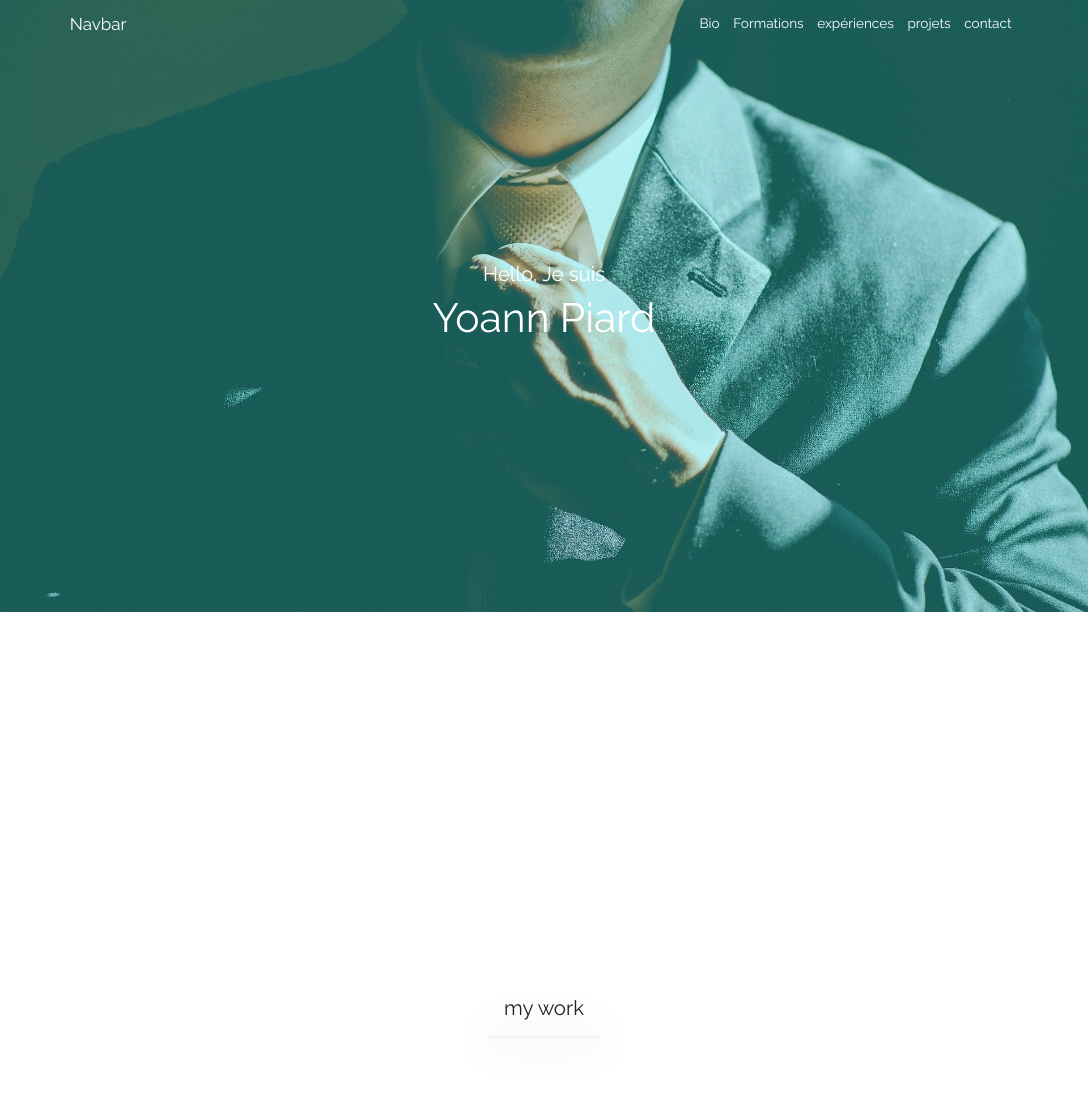
Repository: ypiard85/port-folio-bootstrap-yoann-2021
Page: index.html
An editor plug-in stored every save of this project. The page is shown before and after the next save, followed by the edit.
The browser window is 1280 px wide. The pictures show the whole page, at 85% of full size.

Above is the page before, as saved 2021-03-09 15:13:55.
Console error: TypeError: window.onload is not a function

### index.html
<!DOCTYPE html>
<html lang="en">
  <head>
    <meta charset="UTF-8" />
    <meta http-equiv="X-UA-Compatible" content="IE=edge" />
    <meta name="viewport" content="width=device-width, initial-scale=1.0" />
    <link rel="stylesheet" href="https://use.fontawesome.com/releases/v5.15.2/css/all.css" integrity="sha384-vSIIfh2YWi9wW0r9iZe7RJPrKwp6bG+s9QZMoITbCckVJqGCCRhc+ccxNcdpHuYu" crossorigin="anonymous">    <!-- CSS only -->
    <link rel="stylesheet" href="./resource/style.css" />
    <link
      href="https://cdn.jsdelivr.net/npm/bootstrap@5.0.0-beta2/dist/css/bootstrap.min.css"
      rel="stylesheet"
      integrity="sha384-BmbxuPwQa2lc/FVzBcNJ7UAyJxM6wuqIj61tLrc4wSX0szH/Ev+nYRRuWlolflfl"
      crossorigin="anonymous"
    />
    <title>Document</title>
  </head>
  <body>
    <nav class="navbar position-fixed w-100 navbar-expand-lg navbar-light">
      <div class="container">
        <a class="navbar-brand" href="#">Navbar</a>
        <button
          class="navbar-toggler"
          type="button"
          data-bs-toggle="collapse"
          data-bs-target="#navbarNav"
          aria-controls="navbarNav"
          aria-expanded="false"
          aria-label="Toggle navigation"
        >
          <span class="navbar-toggler-icon"></span>
        </button>
        <div class="collapse navbar-collapse" id="navbarNav">
          <ul class="navbar-nav">
            <li class="nav-item">
              <a class="nav-link active" aria-current="page" href="#bio">Bio</a>
            </li>
            <li class="nav-item">
              <a class="nav-link" href="#formation">Formations</a>
            </li>
            <li class="nav-item">
              <a class="nav-link" href="#experience">expériences</a>
            </li>
            <li class="nav-item">
              <a class="nav-link" href="#projet">projets</a>
            </li>
            <li class="nav-item">
              <a class="nav-link" href="#contact">contact</a>
            </li>
          </ul>
        </div>
      </div>
    </nav>

    <header
      class="container-fluid flex-column
          d-flex align-items-center justify-content-center"
    >
      <h4>Hello, Je suis</h4>
      <h1>Yoann Piard</h1>
    </header>

    <section class="about_me in container">
      <div class="about_card rounded shadow-lg">
        <div class="container">
          <div class="row">
            <div class="col-md-6  col-sm-12 p-3 p-sm-4 align-self-center">
              <h2 class="mb-4" >A propos de moi</h2>
              <p>
                Passionné par l'informatique depuis mon plus jeune âge, je me
                suis tout naturellement orienté vers dans le secteur du
                développement web et logiciel. Depuis 2019, je mets mon savoir
                auprès d'associations et entreprises, les aidant à augmenter
                leurs visibilités sur internet. Aujourd'hui, je cherche à
                intégrer une entreprise afin de travailler sur des projets
                concrets et de monter en compétence.
              </p>
              <ul class="d-flex">
                  <li><a href=""><i class="fab fa-instagram"></i></a></li>
                  <li><a href=""><i class="fab fa-linkedin-in"></i></a></li>
                  <li><a href=""><i class="fab fa-github"></i></a></li>
              </ul>
            </div>
            <div class="col-md-6 col-sm-12 p-3 p-sm-5 d-none d-md-block">
              <img class="img-fluid img-thumbnail" src="./resource/image/yoann_piard.png" alt="" />
            </div>
          </div>
        </div>
      </div>
    </section>

    <section class="my_work">
        <div class="container">
            <h4 class="ttile_section text-center mb-5">my work</h4>
        </div>
    </section>

    <!-- JavaScript Bundle with Popper -->
    <script
      src="https://cdn.jsdelivr.net/npm/bootstrap@5.0.0-beta2/dist/js/bootstrap.bundle.min.js"
      integrity="sha384-b5kHyXgcpbZJO/tY9Ul7kGkf1S0CWuKcCD38l8YkeH8z8QjE0GmW1gYU5S9FOnJ0"
      crossorigin="anonymous"
    ></script>
    <script src="https://unpkg.com/scrollreveal"></script>
    <script src="./resource/scrollreveal.js"></script>
    <script src="./resource/app.js"></script>
    <script>window.onload(scrollEffect()) </script>
  </body>
</html>

### resource/style.css
@import url('https://fonts.googleapis.com/css2?family=Raleway&display=swap');

*{
    transition: 0.3s;
}

body{
    font-family: 'Raleway', sans-serif!important;
}


.navbar-collapse{
    flex-grow: 0!important;
}

nav a{
    color: white!important;
}

header{
    height: 100vh;
    background: gray;
    background-image: linear-gradient(90deg, rgba(0,231,249,0.2780462526807598) 100%, rgba(0,4,24,0.4405112386751575) 74%), url('./image/about-section.jpg');
    background-repeat: no-repeat;
    background-size: cover;
    background-position: top center;
    color: white;
}

header h1{
    font-weight: normal;
    font-size: 3em;
}

.about_card{
    margin: auto;
    width: 900px;
    max-width: 100%;
    background-color: white;
}

.about_card a{
    font-family: Arial!important;
}


.about_card img{
    width: 100%;
    border-radius: 50%;
}

.about_card ul{
    list-style: none;
    padding: 0;
}

.about_card i{
    font-size: 1em;
    color: black;
}

.about_card{
    line-height: 2em;
}

.about_card li{
    margin-right: 10px;
}

.in{
    transform: translateY(-100px);
}

.ttile_section{
    position: relative;
}

.ttile_section::after{
    content: '';
    position: absolute;
    width: 130px;
    height: 1px;
    background-color: rgba(128, 128, 128, 0.24);
    bottom: -20px;
    left:0;
    right: 0;
    margin: auto;
    box-shadow: 0 0 50px rgba(26, 25, 25, 0.829);
}

### resource/scrollreveal.js
function scrollEffect(){


    ScrollReveal().reveal('.about_me', {
        delay: 150,
        duration: 1000,
        reset: true,
        origin: 'bottom',
        distance: '50%'
    });

}

### resource/app.js
ScrollReveal().reveal('.about_me', {
    delay: 250,
    duration: 1000,
    reset: true,
    origin: 'bottom',
    distance: '20%'
});

After the next save:
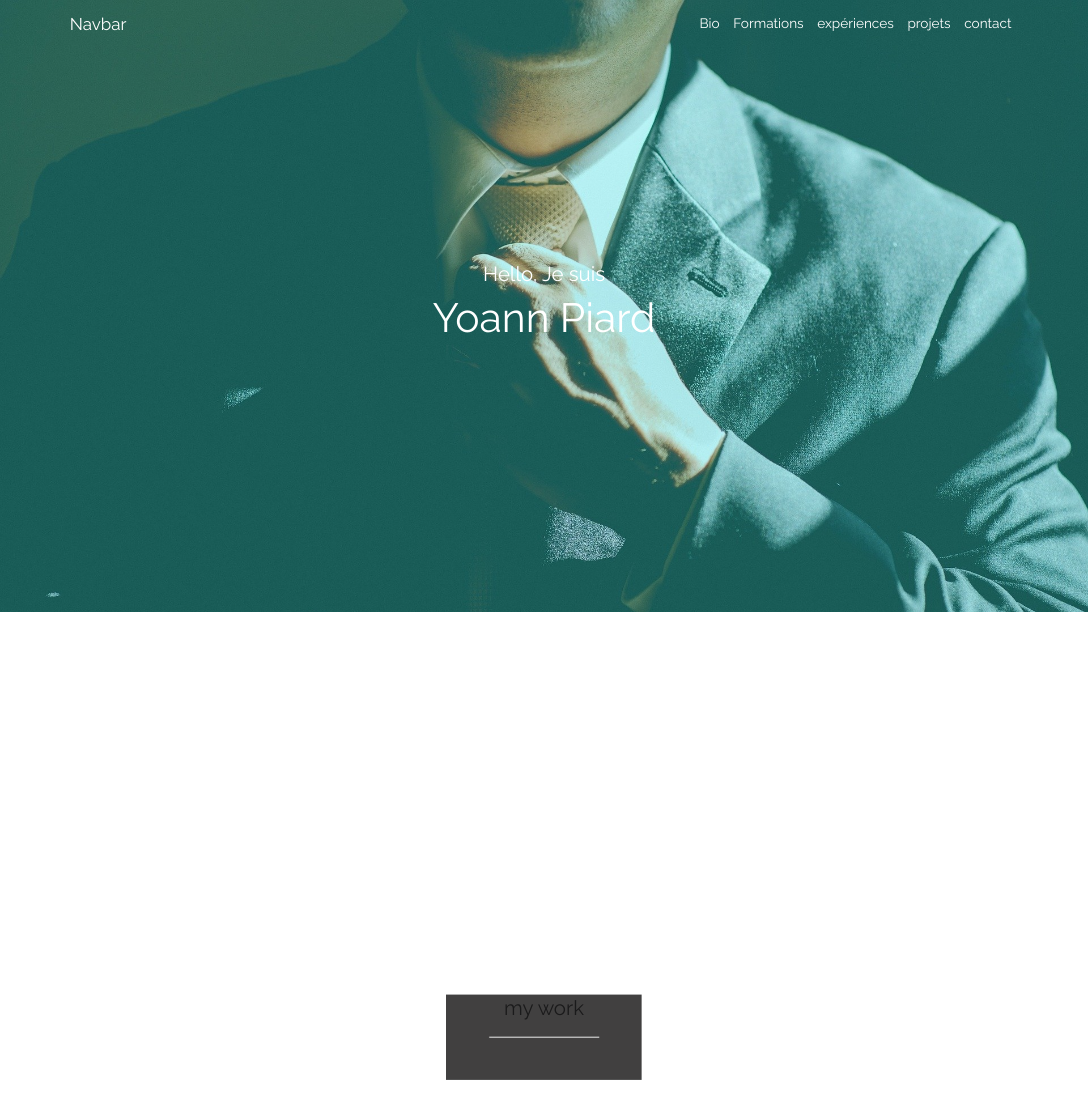
Saved 5 s later.
--- a/resource/style.css
+++ b/resource/style.css
@@ -85,5 +85,5 @@
     left:0;
     right: 0;
     margin: auto;
-    box-shadow: 0 0 50px rgba(26, 25, 25, 0.829);
+    box-shadow: 0 0 0 50px rgba(26, 25, 25, 0.829);
 }

After the save that followed:
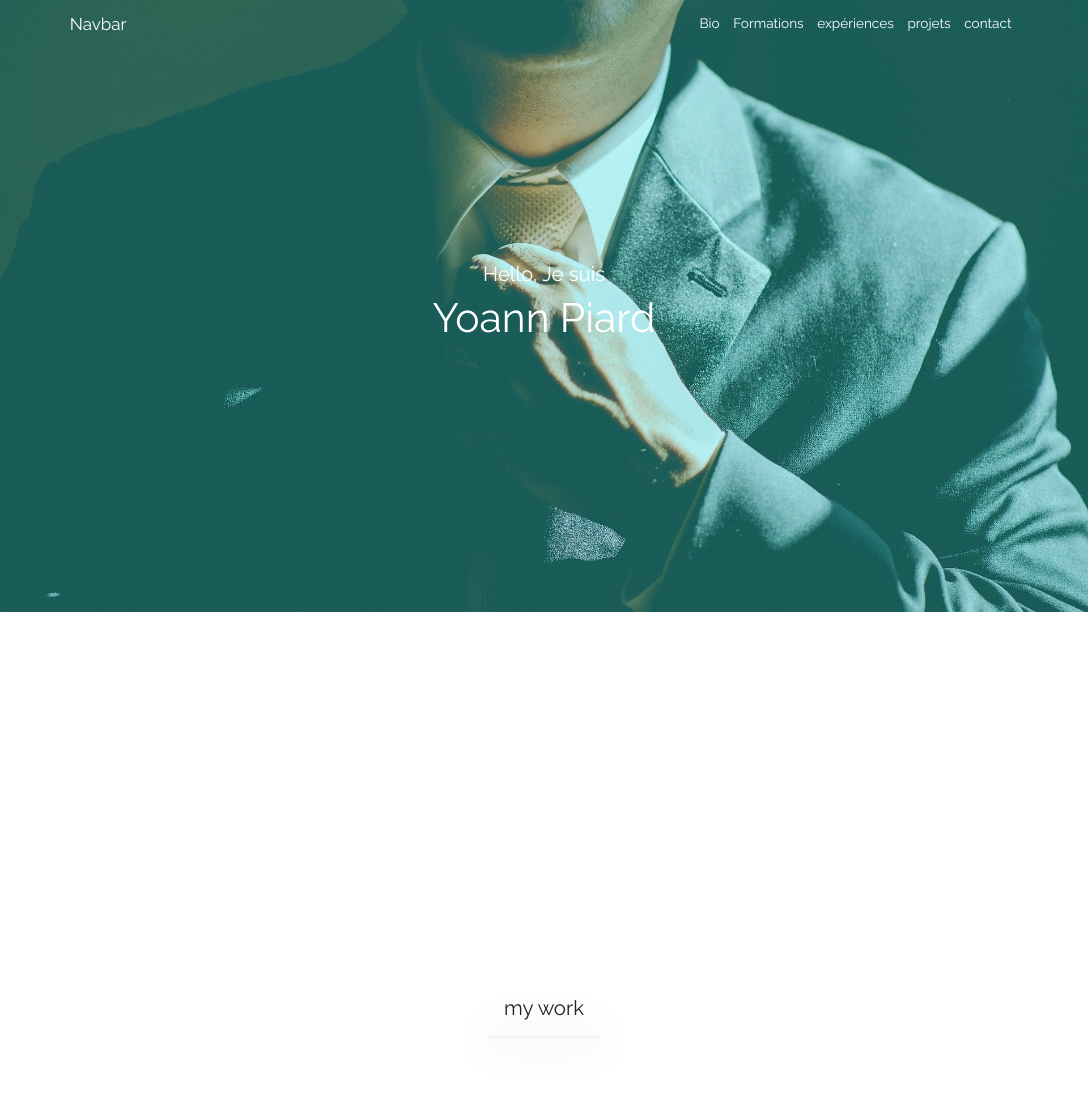
Saved 4 s later.
--- a/resource/style.css
+++ b/resource/style.css
@@ -85,5 +85,5 @@
     left:0;
     right: 0;
     margin: auto;
-    box-shadow: 0 0 0 50px rgba(26, 25, 25, 0.829);
+    box-shadow: 0 0  50px rgba(26, 25, 25, 0.829);
 }
